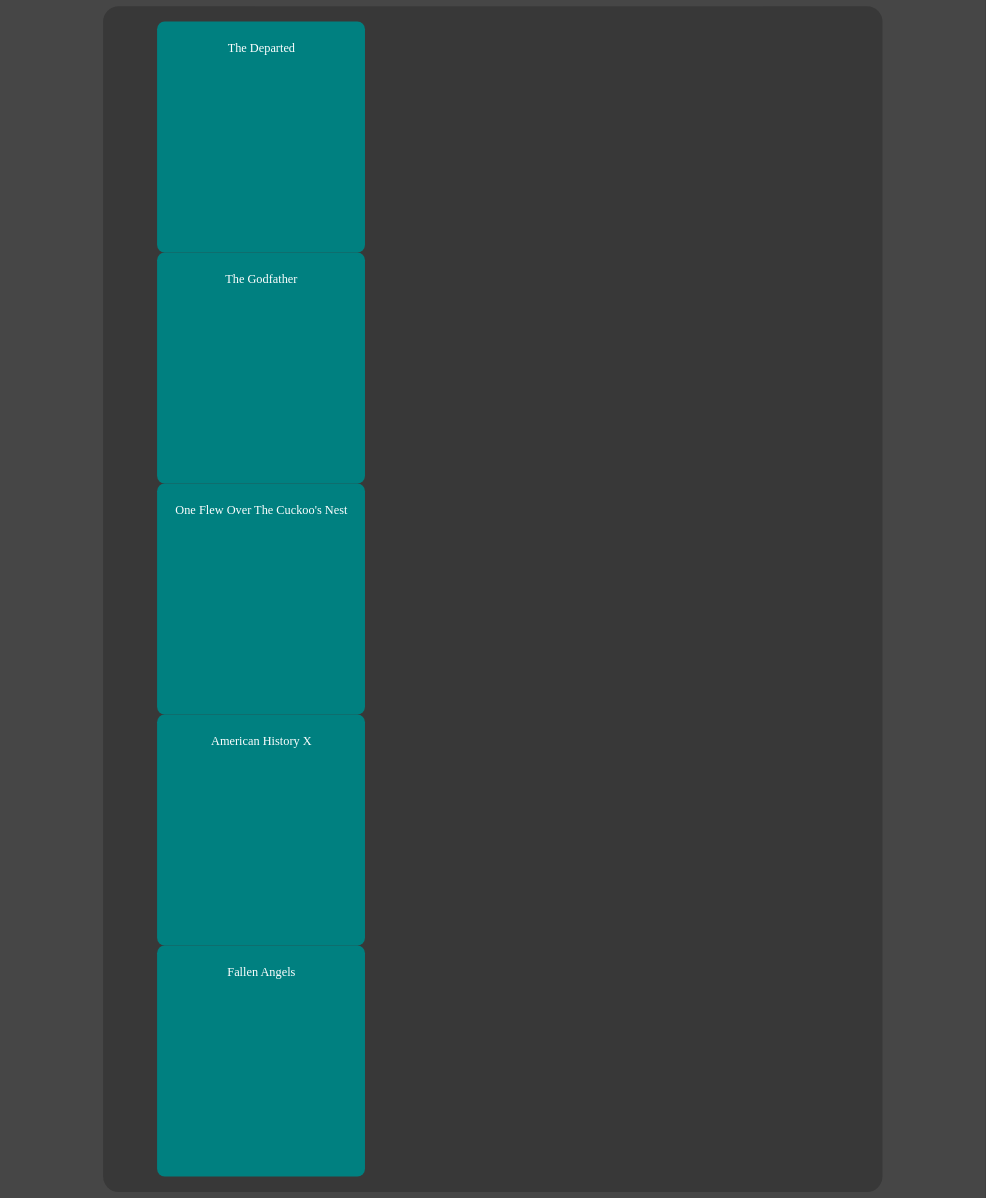
Repository: nishit47/merofilmrecs
Page: web_dev/tiles.html
The author's editor kept a copy of each file at every save. The page is drawn from the files as they stood at one save, then again after the next save.
The browser window is 1280 px wide. The pictures show the whole page, at 77% of full size.

Above is the page before, as saved 2021-10-06 15:12:15.

### web_dev/tiles.html
<!DOCTYPE html>
<html lang="en">
<head>
    <meta charset="UTF-8">
    <meta http-equiv="X-UA-Compatible" content="IE=edge">
    <meta name="viewport" content="width=device-width, initial-scale=1.0">
    <title>tiles</title>
</head>
<link rel="stylesheet" href="styling.css">
<style>

    .movieitem{
        width: 250px;
        height: 250px;
        background-color: teal;
        margin-left: 50px;
        padding: 25px 10px;
        text-align: center;
        border-radius: 10px;
    }
</style>
<body>
    <div class="movietiles">
        <div class="movieitem"id="movie1">The Departed</div>
        <div class="movieitem"id="movie2">The Godfather</div>
        <div class="movieitem"id="movie3">One Flew Over The Cuckoo's Nest</div>
        <div class="movieitem"id="movie4">American History X</div>
        <div class="movieitem" id="movie5">Fallen Angels</div>
    </div>

</body>
</html>

### web_dev/styling.css
body{
    background-color: rgb(70, 70, 70);
    color: white;
}

nav ul{
    background-color: rgb(56, 56, 56);
    display: flex;
    height: 37px;
    border-radius: 3px;
}
nav ul li{
    background-color: rgb(70, 70, 70);
    margin: 5px 20px;
    padding: 5px 20px;
    list-style-type: none;
    border-radius: 3px;
}
nav ul li a{
    text-decoration: none;
    color: white;
}
nav ul li :hover{
    color: yellow;
}
nav ul div{
    padding: 5px 0px;
    margin: 0.5px 30px;
}
h1{
    text-align: center;
}
.movie, .movietiles{
    border:black;
    border-radius: 20px;
    background-color: rgb(56, 56, 56);
    margin: auto 10%;
    padding: 20px;
    dispaly: flex;
}

.rating, .cast, .description, h2{
    background-color: rgb(70, 70, 70);
}
.still, .trailer{
    display: block;
    max-width:100%;
    max-height:100%;
    margin: 0 auto;
}
#netflix{
    float: right;
}

After the next save:
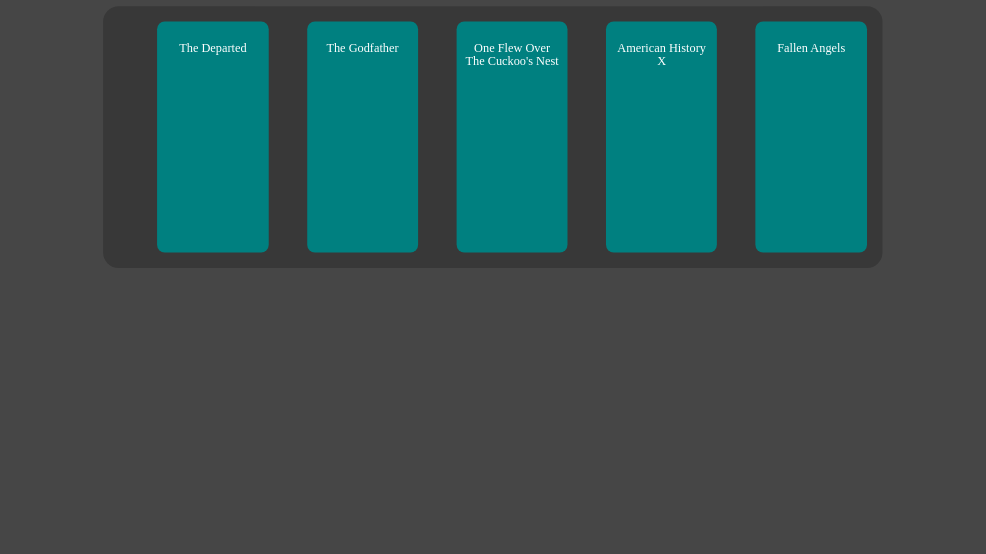
Saved 6 s later.
--- a/web_dev/styling.css
+++ b/web_dev/styling.css
@@ -36,7 +36,7 @@
     background-color: rgb(56, 56, 56);
     margin: auto 10%;
     padding: 20px;
-    dispaly: flex;
+    display: flex;
 }
 
 .rating, .cast, .description, h2{

After the save that followed:
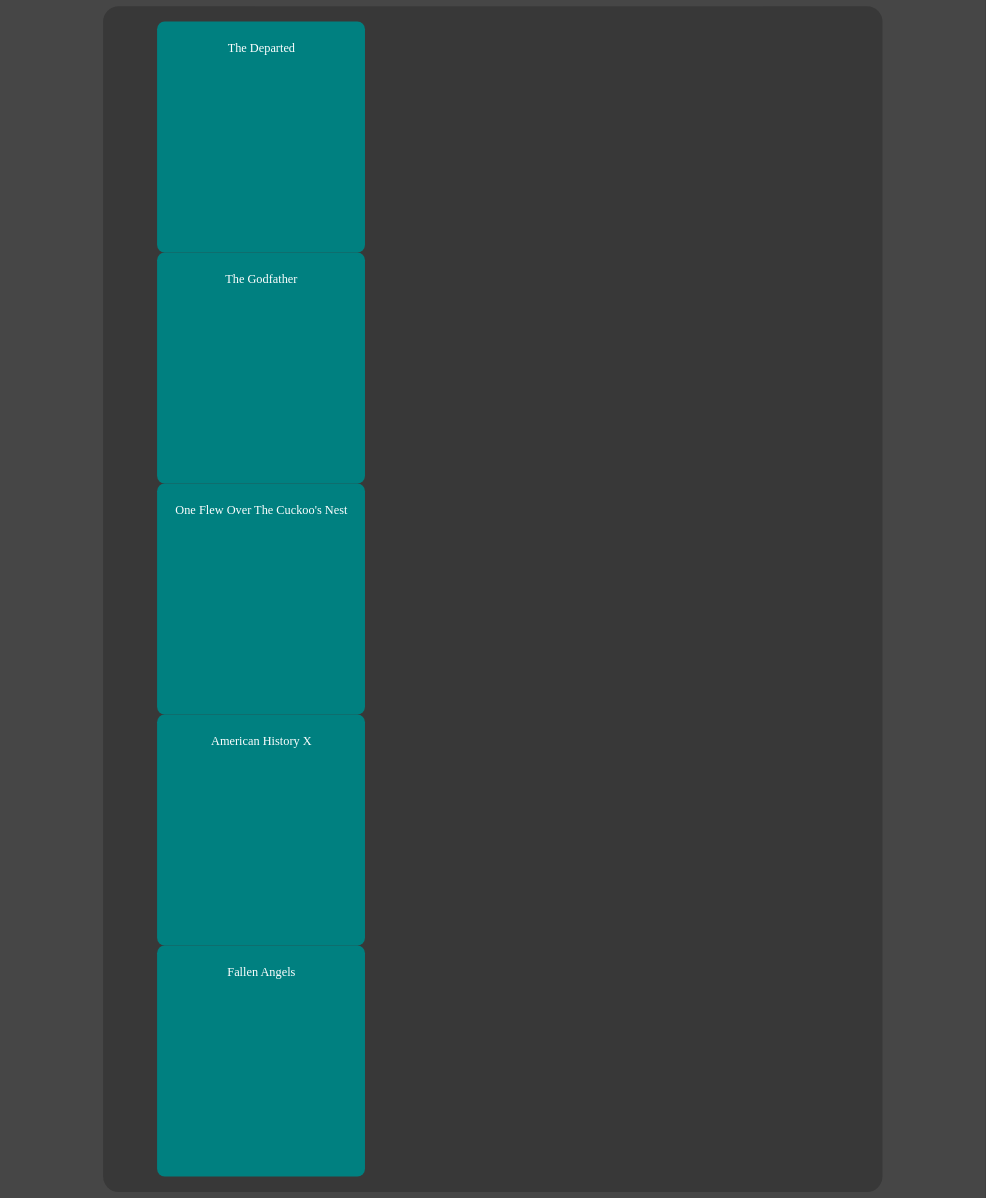
Saved 31 s later.
--- a/web_dev/styling.css
+++ b/web_dev/styling.css
@@ -36,7 +36,6 @@
     background-color: rgb(56, 56, 56);
     margin: auto 10%;
     padding: 20px;
-    display: flex;
 }
 
 .rating, .cast, .description, h2{
